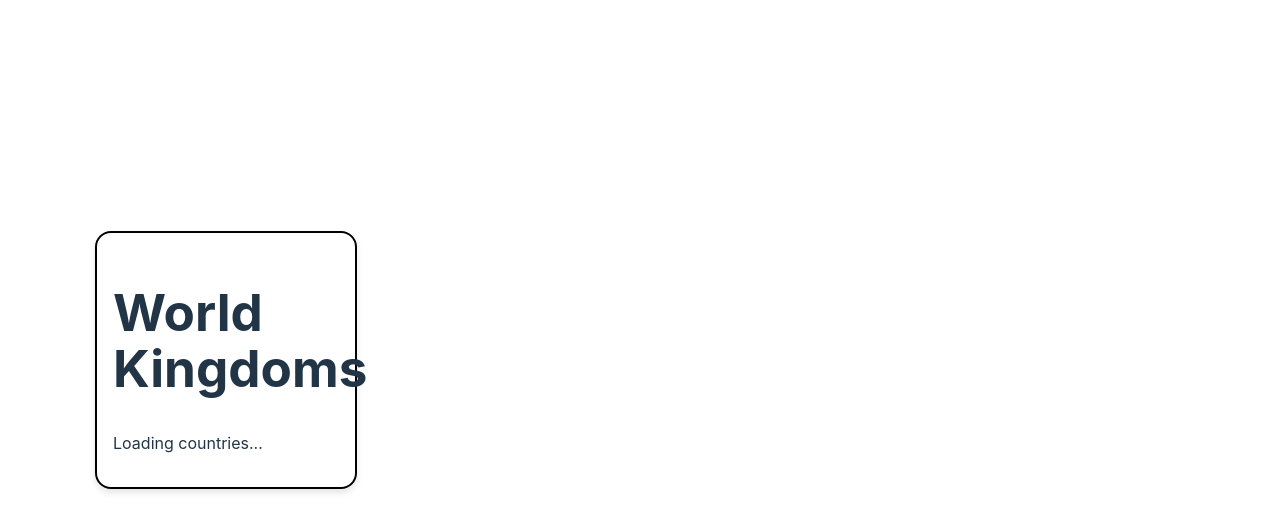
Repository: MelissaJacobi/lab-07
Page: /
These files come from the project's save history. The page is drawn as it stood at one moment and after the next save; the edit follows.
The browser window is 1280 px wide. The pictures show the whole page.
The page's requests for data from a server got no answer. The project was rebuilt for these pictures with package versions that can differ from the ones it lists, and the page was loaded fresh each time. No one was signed in, and anything a server would have sent is missing. Also part of the build but not shown: vite.config.js, src/components/Details.module.css, src/components/Details.jsx.

Above is the page before, as saved 2024-11-23 22:22:47.

### src/App.jsx
import { BrowserRouter as Router, Routes, Route } from "react-router-dom";
import Countries from "./components/Countries";
import Details from "./components/Details";

function App() {
  return (
    <Router>
      <Routes>
        <Route path="/" element={<Countries />}>
          <Route path="countries/:cca2" element={<Details />} />
        </Route>
        <Route path="countries" element={<Countries />} />
      </Routes>
    </Router>
  );
}

export default App;

### src/components/Countries.jsx
import { useEffect, useState } from "react";
import { useNavigate, Outlet } from "react-router-dom";
import styles from "./Countries.module.css"

const Countries = () => {
  const [countries, setCountries] = useState([]);
  const [loading, setLoading] = useState(true);
  const navigate = useNavigate();

  useEffect(() => {
    fetch("https://restcountries.com/v3.1/name/kingdom")
      .then((response) => response.json())
      .then((data) => {
        setCountries(data);
        setLoading(false);
      })
      .catch((error) => console.error("Error fetching data:", error));
  }, []);

  const handleSelection = (event) => {
    const selectedCountry = countries.find(
      (country) => country.cca2 === event.target.value
    );
    if (selectedCountry) {
      navigate(`/countries/${selectedCountry.cca2}`, { state: { data: selectedCountry } });
    }
  };

  return (
    <div className={styles.container}>
      <h1>World Kingdoms</h1>
      {loading ? (
        <p>Loading countries...</p>
      ) : (
        <select
          onChange={handleSelection}
          defaultValue=""
          className={styles.dropDown}
        >
          <option value="" disabled>
            Select a country
          </option>
          {countries.map((country) => (
            <option key={country.cca2} value={country.cca2}>
              {country.name.common}
            </option>
          ))}
        </select>
      )}
      <Outlet />
    </div>
  );
};

export default Countries;

### src/components/Countries.module.css
.container {
    width: 50%;
    border: 2px solid black;
    margin: 1rem auto;
    padding: 1rem;
    border-radius: 1rem;
    box-shadow: 0 4px 6px rgba(0, 0, 0, 0.1);
}

.dropDown {
    width: 100%;
    padding: 10px 15px;
    border: 1px solid #ccc;
    border-radius: 8px;
    background-color: #f9f9f9;
    color: #333;
    font-size: 16px;
    cursor: pointer;
    appearance: none; /* Remove default browser styles */
    -webkit-appearance: none;
    -moz-appearance: none;
    transition: border-color 0.3s, box-shadow 0.3s;
}

Loaded but not shown: index.html (common file); src/main.jsx (common file); src/index.css (common file)

After the next save:
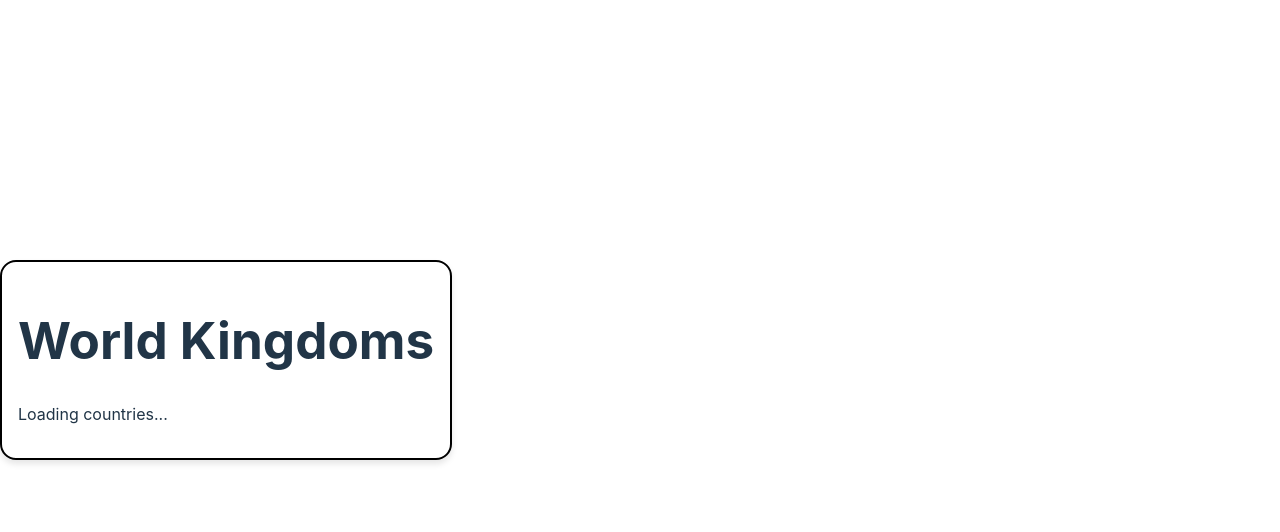
Saved 12 s later.
--- a/src/components/Countries.module.css
+++ b/src/components/Countries.module.css
@@ -1,5 +1,4 @@
 .container {
-    width: 50%;
     border: 2px solid black;
     margin: 1rem auto;
     padding: 1rem;
